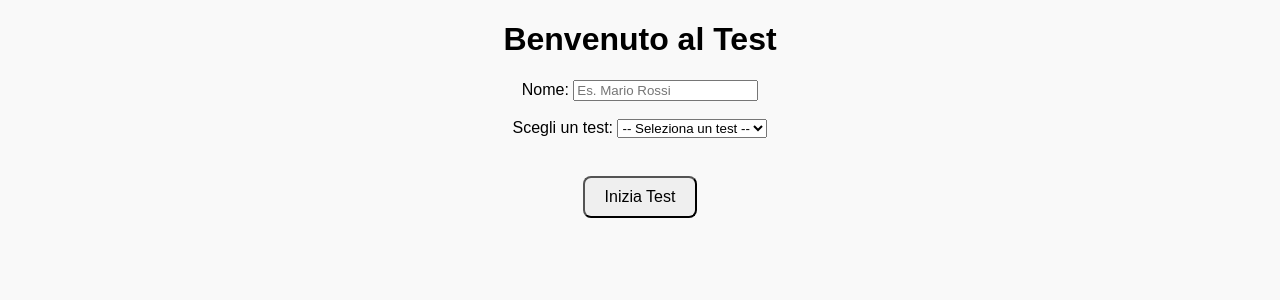
Repository: Probyte5D/Test-Task
Page: wwwroot/index.html
The author's editor kept a copy of each file at every save. The page is drawn from the files as they stood at one save, then again after the next save.
The browser window is 1280 px wide. The pictures show the whole page.
The page's requests for data from a server got no answer.

Above is the page before, as saved 2025-10-22 20:32:37.

After the next save:
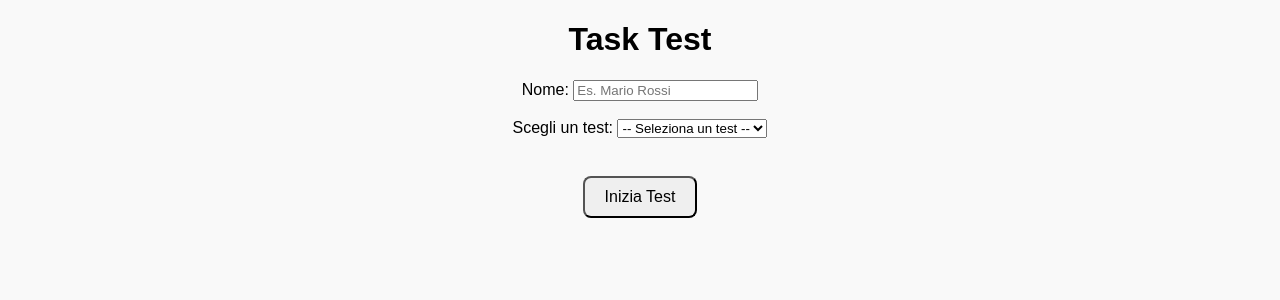
Saved 18 min 21 s later.
--- a/wwwroot/index.html
+++ b/wwwroot/index.html
@@ -18,7 +18,7 @@
 </head>
 <body>
 
-<h1>Benvenuto al Test</h1>
+<h1>Task Test</h1>
 
 <div id="home">
     <label>Nome: <input type="text" id="userName" placeholder="Es. Mario Rossi"></label><br><br>
